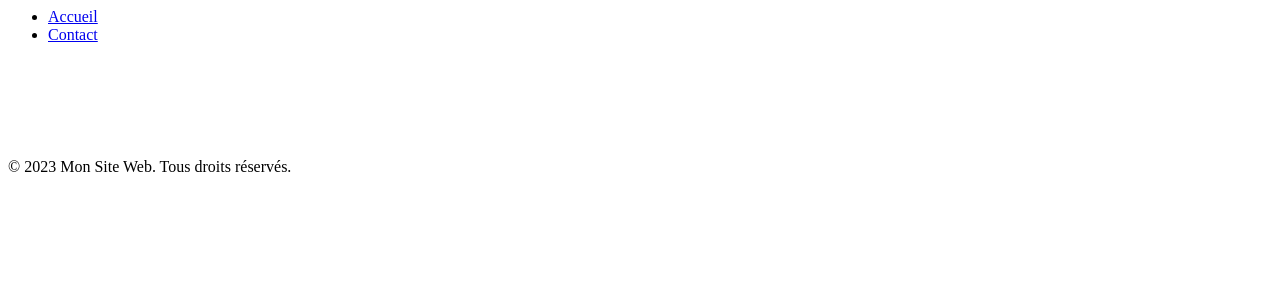
Repository: mardocheengoran/prepa-website
Page: index.html
The author's editor kept a copy of each file at every save. The page is drawn from the files as they stood at one save, then again after the next save.
The browser window is 1280 px wide. The pictures show the whole page.

Above is the page before, as saved 2025-03-19 03:32:48.

After the next save:
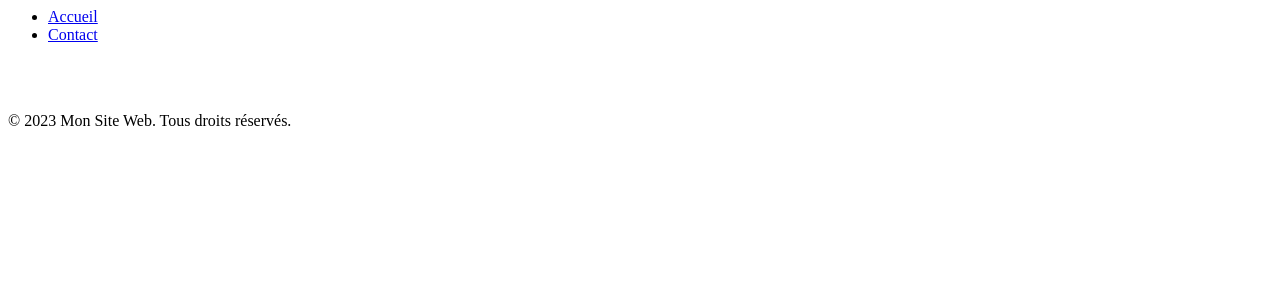
Saved 9 s later.
--- a/index.html
+++ b/index.html
@@ -9,7 +9,7 @@
 </head>
 
 <body>
-    <iframe src="header.html" frameborder="0"></iframe>
+    <object type="text/html" data="header.html" width="100%" height="100"></object>
     <iframe src="footer.html" frameborder="0"></iframe>
 
 </body>
